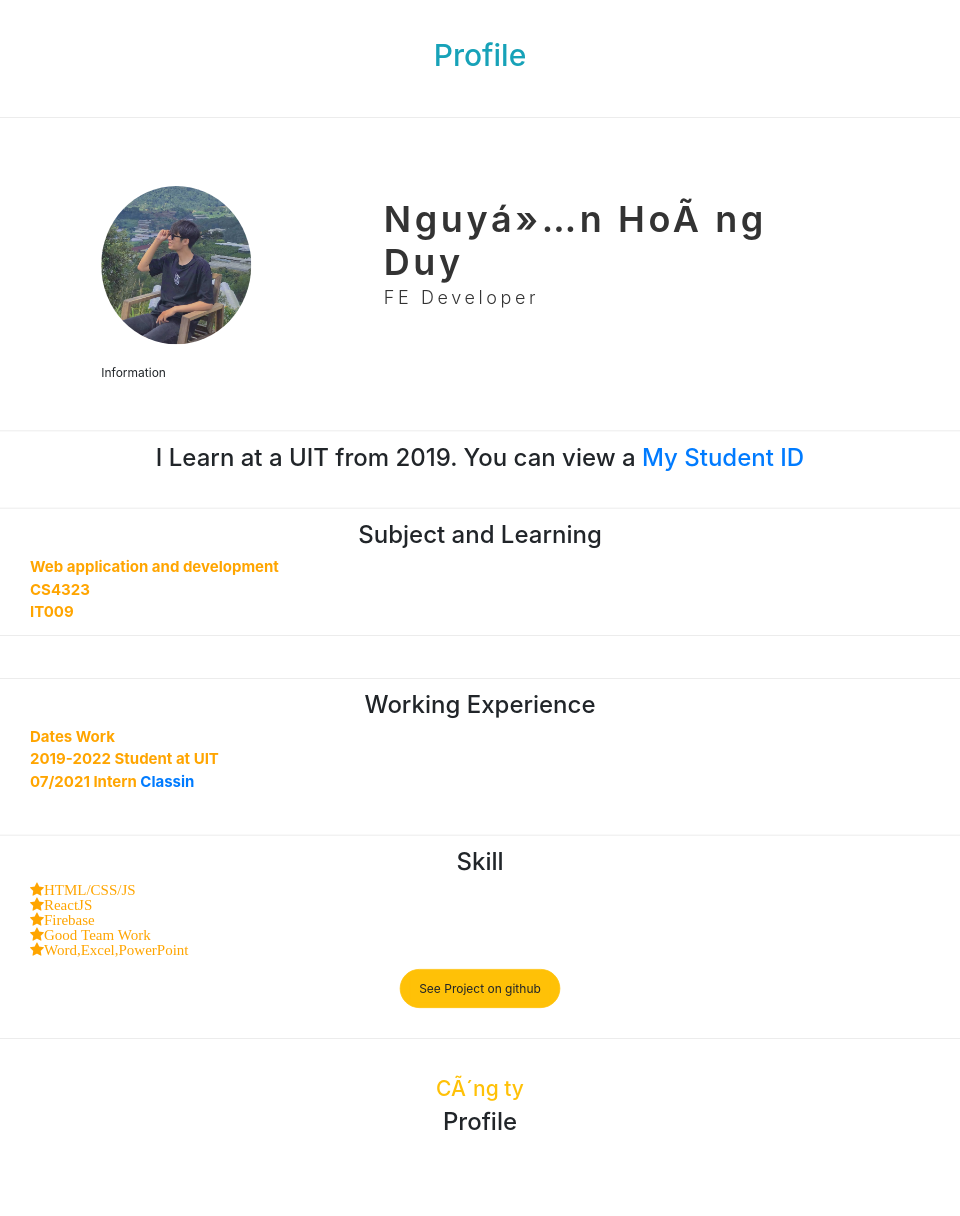
Repository: HoangDuy315/HW_TVK
Page: cv.html
These files come from the project's save history. The page is drawn as it stood at one moment and after the next save; the edit follows.
The browser window is 1280 px wide. The pictures show the whole page, at 75% of full size.

Above is the page before, as saved 2022-09-25 18:14:21.

After the next save:
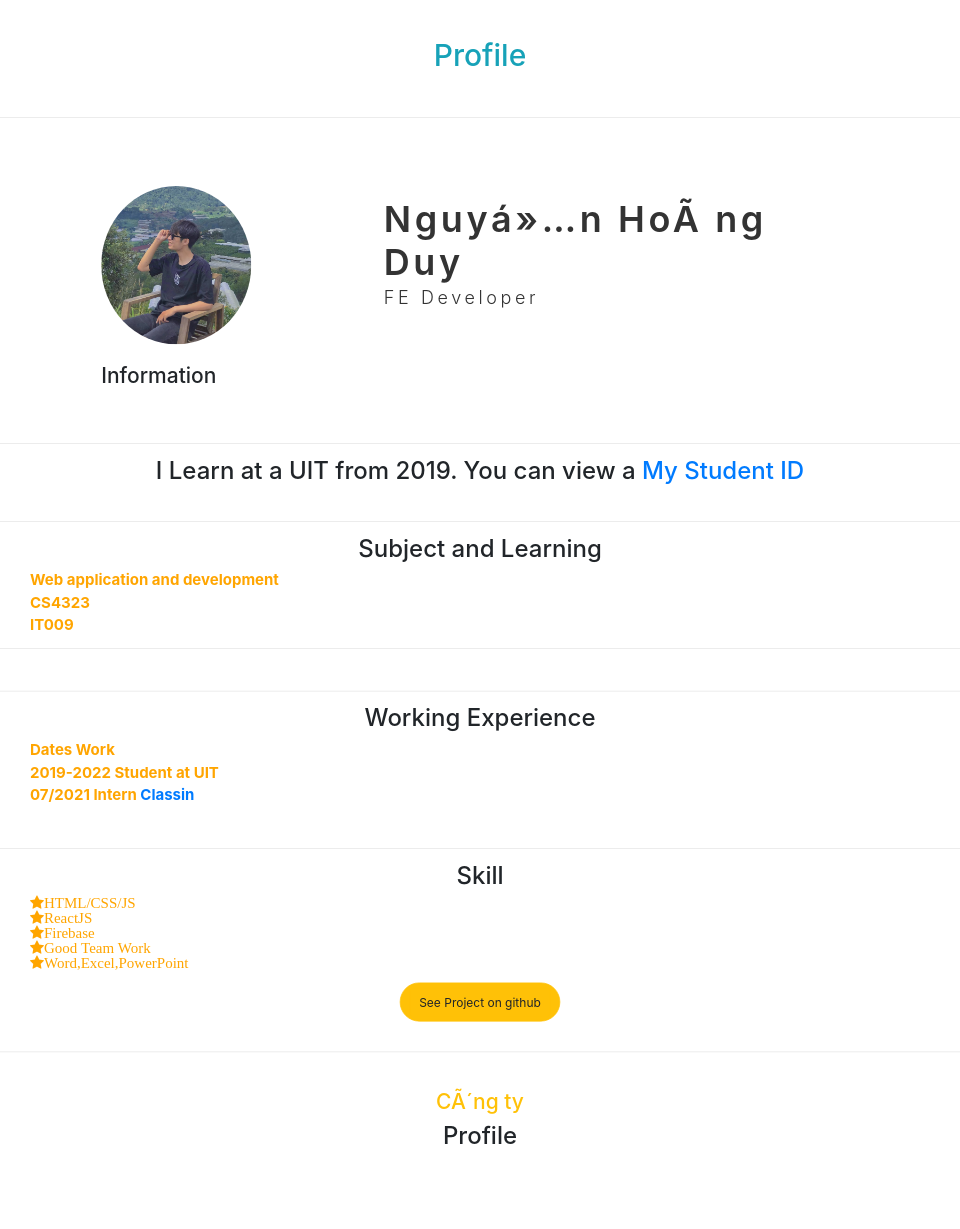
Saved 17 s later.
--- a/cv.html
+++ b/cv.html
@@ -30,7 +30,9 @@
                 </div>
             </div>
             <div class="contentBox">
-                <div class="leftSide">Information</div>
+                <div class="leftSide">
+                    <h3>Information</h3>
+                </div>
                 <div class="rightSide"></div>
             </div>
         </div>
